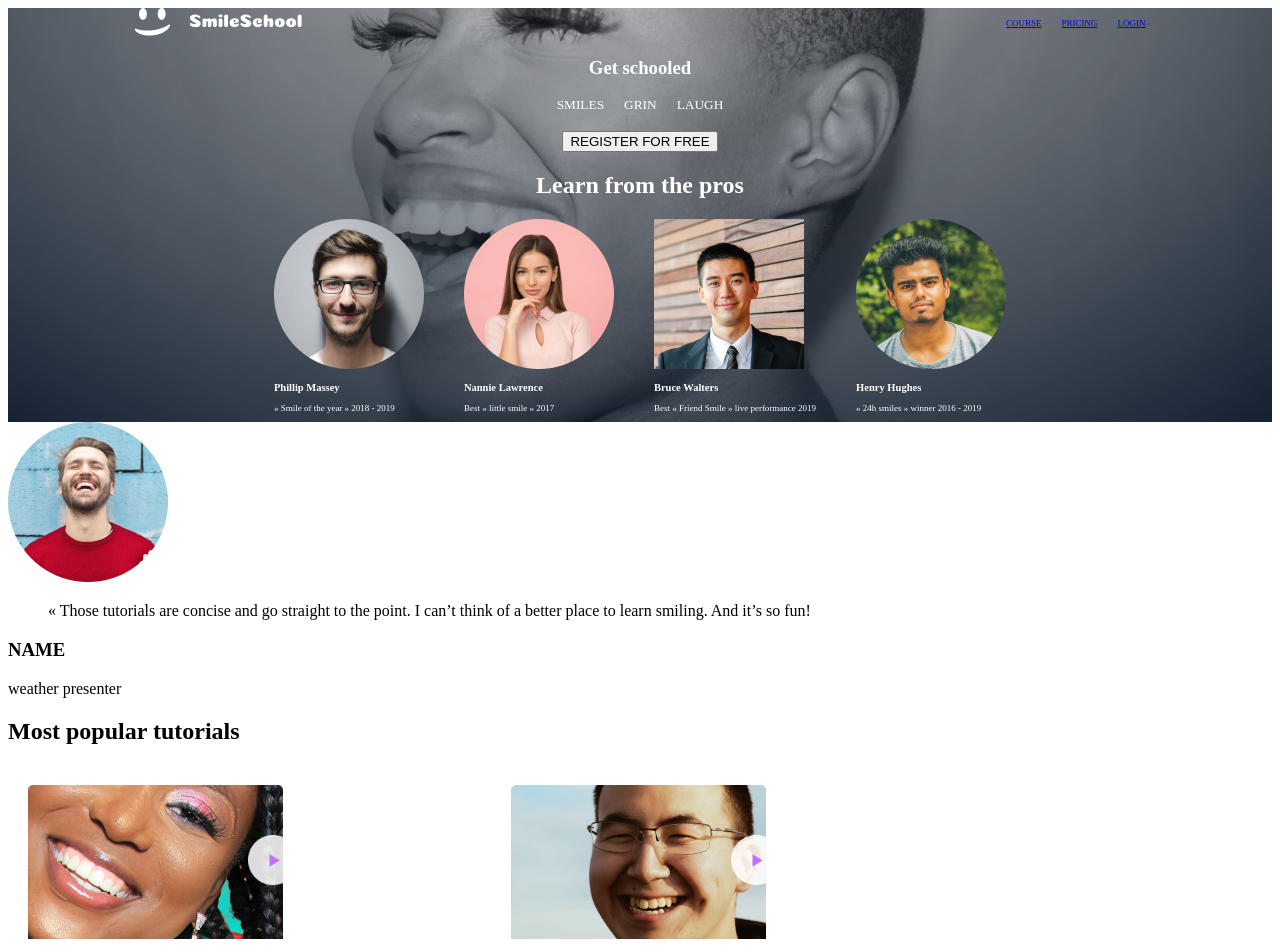
Repository: mwihakiann/alx_html_css
Page: css_advanced/index.html
An editor plug-in stored every save of this project. The page is shown before and after a run of saves, followed by the edit.
The browser window is 1280 px wide. The pictures show the part of the page from y = 0 to 952 px (the page is 3272 px tall).
A picture or video elsewhere on the page could not be fetched, so the positions and the page height are approximate. Some web libraries are served in a nearby version.

Above is the page before, as saved 2025-09-28 17:52:13.

### css_advanced/index.html
<!DOCTYPE html>
<html lang="en">
<head>
  <meta charset="UTF-8">
  <meta name="viewport" content="width=device-width, initial-scale=1.0">
  <script src="https://kit.fontawesome.com/4a2b055604.js" crossorigin="anonymous"></script>
  <title>Document</title>
  <link rel="stylesheet" href="styles.css">
</head>
<body>
    <section class="first-page">
  <header>
    <nav>
      <img src="./images/logo.png" alt="logo">
      <ul>
        <li><a href="#">COURSE</a></li>
        <li><a href="#">PRICING</a></li>
        <li><a href="#">LOGIN</a></li>
      </ul>
    </nav>
  </header>

  <main>
    <section>
      <div class="intro">
        <h1>Get schooled</h1>
        <div class="horizontal-stack">
        <span>SMILES</span>
        <span>GRIN</span>
        <span>LAUGH</span>
        </div>
        <br>
        <button>REGISTER FOR FREE</button>
      </div>
      <div class="learn-from-pros">
        <h2>Learn from the pros</h2>
        <div class="pros">
          <div>
            <img src="./images/1.png" alt="">
            <h3>Phillip Massey</h3>
            <p>« Smile of the year » 2018 - 2019</p>
          </div>
          <div>
            <img src="./images/3.png" alt="">
            <h3>Nannie Lawrence</h3>
            <p>Best « little smile » 2017</p>
          </div>
          <div>
            <img src="./images/2.png" alt="">
            <h3>Bruce Walters</h3>
            <p>Best « Friend Smile » live performance 2019</p>
          </div>
          <div>
            <img src="./images/4.png" alt="">
            <h3>Henry Hughes</h3>
            <p>« 24h smiles » winner 2016 - 2019</p>
          </div>
        </div>
      </div>
    </section>
</section>

    <section>
      <div>
        <img src="./images/5.png" alt="image">
      </div>
      <div>
        <blockquote>« Those tutorials are concise and go straight to the point. I can’t think of a better place to learn smiling. And it’s so fun!</blockquote>
        <h3>NAME</h3>
        <p>weather presenter</p>
      </div>
    </section>

    <section>
      <h2>Most popular tutorials</h2>

      <div class="tutorial-card">
        <img src="./images/9.png" alt="Diagonal Smile">
        <img src="./images/play.png" alt="play button" class="play-btn">
        <h3>Diagonal Smile</h3>
        <p>Lorem ipsum dolor sit amet, consect adipiscing elit, sed do eiusmod.</p>
        <div>
          <img src="./images/1 (3).png" alt="">
          <h4>Phillip Massey</h4>
        </div>
        <div>
          <div><i class="fa-solid fa-star"></i></div>
          <div><i class="fa-solid fa-star"></i></div>
          <div><i class="fa-solid fa-star"></i></div>
          <div><i class="fa-solid fa-star"></i></div>
          <div><i class="fa-solid fa-star"></i></div>
        </div>
        <p>8 min</p>
      </div>

      <div class="tutorial-card">
        <img src="./images/6.png" alt="Happy Smile">
        <img src="./images/play.png" alt="play button" class="play-btn">
        <h3>Happy Smile</h3>
        <p>Lorem ipsum dolor sit amet, consect adipiscing elit, sed do eiusmod.</p>
        <div>
          <img src="./images/1 (3).png" alt="">
          <h4>Phillip Massey</h4>
        </div>
        <div>
          <div><i class="fa-solid fa-star"></i></div>
          <div><i class="fa-solid fa-star"></i></div>
          <div><i class="fa-solid fa-star"></i></div>
          <div><i class="fa-solid fa-star"></i></div>
          <div><i class="fa-solid fa-star"></i></div>
        </div>
        <p>8 min</p>
      </div>

      <div class="tutorial-card">
        <img src="./images/8.png" alt="Natural Smile">
        <img src="./images/play.png" alt="play button" class="play-btn">
        <h3>Natural Smile</h3>
        <p>Lorem ipsum dolor sit amet, consect adipiscing elit, sed do eiusmod.</p>
        <div>
          <img src="./images/1.png" alt="">
          <h4>Phillip Massey</h4>
        </div>
        <div>
          <div><i class="fa-solid fa-star"></i></div>
          <div><i class="fa-solid fa-star"></i></div>
          <div><i class="fa-solid fa-star"></i></div>
          <div><i class="fa-solid fa-star"></i></div>
          <div><i class="fa-solid fa-star"></i></div>
        </div>
        <p>8 min</p>
      </div>

      <div class="tutorial-card">
        <img src="./images/7.png" alt="Sad Smile">
        <img src="./images/play.png" alt="play button" class="play-btn">
        <h3>Sad Smile</h3>
        <p>Lorem ipsum dolor sit amet, consect adipiscing elit, sed do eiusmod.</p>
        <div>
          <img src="./images/1.png" alt="">
          <h4>Phillip Massey</h4>
        </div>
        <div>
          <div><i class="fa-solid fa-star"></i></div>
          <div><i class="fa-solid fa-star"></i></div>
          <div><i class="fa-solid fa-star"></i></div>
          <div><i class="fa-solid fa-star"></i></div>
          <div><i class="fa-solid fa-star"></i></div>
        </div>
        <p>8 min</p>
      </div>
    </section>

    <section>
      <h2>Free membership</h2>
      <div>
        <img src="./images/smile.png" alt="">
        <h3>Lorem Ipsum</h3>
        <p>Lorem ipsum dolor sit amet, consectetur adipiscing elit.</p>
      </div>
      <div>
        <img src="./images/smile.png" alt="">
        <h3>Lorem Ipsum</h3>
        <p>Lorem ipsum dolor sit amet, consectetur adipiscing elit.</p>
      </div>
      <div>
        <img src="./images/smile.png" alt="">
        <h3>Lorem Ipsum</h3>
        <p>Lorem ipsum dolor sit amet, consectetur adipiscing elit.</p>
      </div>
      <div>
        <img src="./images/smile.png" alt="">
        <h3>Lorem Ipsum</h3>
        <p>Lorem ipsum dolor sit amet, consectetur adipiscing elit.</p>
      </div>
      <button>REGISTER FOR FREE</button>
    </section>

    <section>
      <h2>F.A.Q</h2>
      <div>
        <div>
          <div>
            <h3>How does this work?</h3>
          </div>
          <div>
            Lorem ipsum dolor sit amet, consectetur adipiscing elit, sed do eiusmod tempor incididunt ut labore et dolore magna aliqua.
          </div>

          <div>
            <h3>How does this work?</h3>
          </div>
          <div>
            Lorem ipsum dolor sit amet, consectetur adipiscing elit, sed do eiusmod tempor incididunt ut labore et dolore magna aliqua.
          </div>
        </div>
        <div>
          <div>
            <h3>How does this work?</h3>
          </div>
          <div>
            Lorem ipsum dolor sit amet, consectetur adipiscing elit, sed do eiusmod tempor incididunt ut labore et dolore magna aliqua.
          </div>
          <div>
            <h3>How does this work?</h3>
          </div>
          <div>
            Lorem ipsum dolor sit amet, consectetur adipiscing elit, sed do eiusmod tempor incididunt ut labore et dolore magna aliqua.
          </div>
        </div>
      </div>
    </section>
  </main>

  <footer>
    <section>
      <div>
        <img src="./images/logo.png" alt="logo">
        <div>
          <i class="fa-brands fa-facebook"></i>
          <i class="fa-brands fa-twitter"></i>
          <i class="fa-brands fa-instagram"></i>
        </div>
      </div>
      <p>©smileschool 2020</p>
    </section>
  </footer>
</body>
</html>

### css_advanced/styles.css
nav ul{
    display: flex;
    gap: 20px;
    list-style: none;
    color: white;
    text-decoration: none;
}
nav{
    display: flex;
    justify-content: space-between;
    align-items: center;
    margin-left: 10%;
    margin-right: 10%;
    font-size: xx-small;
}
.first-page{
    background-image: url(./images/Object.png);
    background-size: cover;
    background-position: center;
    color: white;
}
.intro{
    display: flex;
    flex-direction: column;
    justify-content: center;
    align-items: center;
    gap: 0;
}
h1{
    font-size: 40;
}
.learn-from-pros{
    display: flex;
    flex-direction: column;
    justify-content: center;
    align-items: center;
    font-size: medium;
}
.pros{
    display: flex;
    gap: 40px;
    font-size:xx-small;
    margin-left: 5%;
    margin-right: 5%;
}
.horizontal-stack{
   display: flex;
    gap: 20px;
    font-size: smaller;
}
.tutorial-card {
    position: relative;
    display: inline-block;
    margin: 20px;
  }

  .tutorial-card img {
    display: block;
  }

  .tutorial-card .play-btn {
    position: absolute;
    top: 50px;
    left: 50%;
    transform: translateX(-50 -50%);
    width: 50px;
    height: 50px;
    pointer-events: none;
  }

After the next 3 saves:
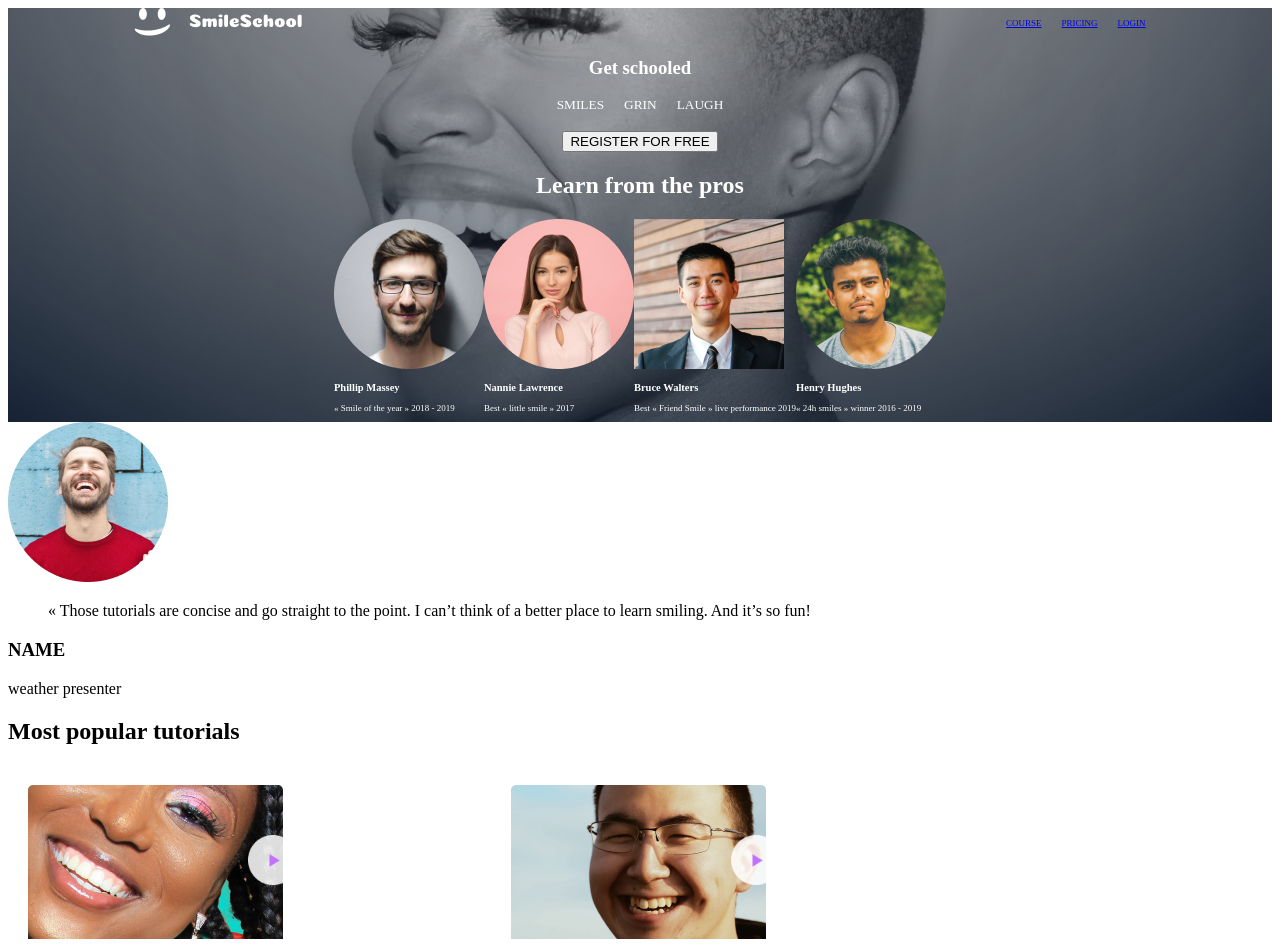
The 3 saves are shown as one change because they came seconds apart.
The last was saved 60 s later.
--- a/css_advanced/styles.css
+++ b/css_advanced/styles.css
@@ -38,7 +38,7 @@ h1{
 }
 .pros{
     display: flex;
-    gap: 40px;
+
     font-size:xx-small;
     margin-left: 5%;
     margin-right: 5%;
